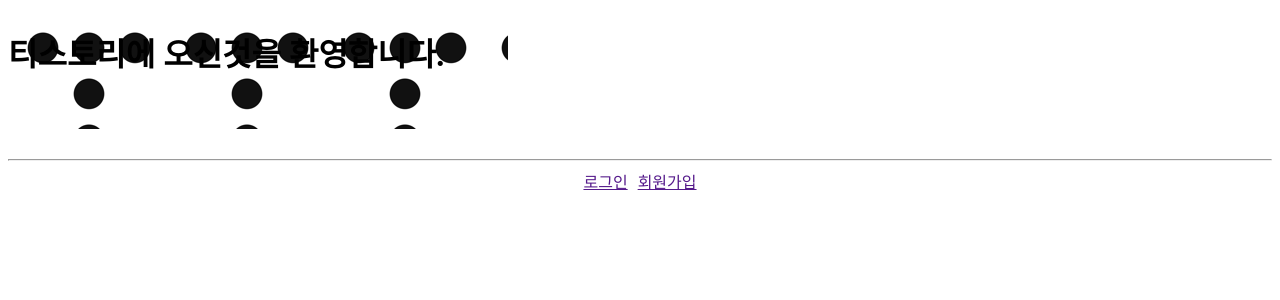
Repository: WonmoLee/blog-3.0v
Page: http://localhost/blog/home.jsp
These files come from the project's save history. The page is drawn as it stood at one moment and after the next save; the edit follows.
The browser window is 1280 px wide. The pictures show the whole page.
The page is served by Tomcat 9. Other server files are loaded and not shown.

Above is the page before, as saved 2020-06-18 08:40:16.

### blog/WebContent/home.jsp
<%@ page language="java" contentType="text/html; charset=UTF-8"
    pageEncoding="UTF-8"%>
<!DOCTYPE html>
<html>
<head>
<meta charset="UTF-8">
<title>Tistory</title>
<link rel="stylesheet" href="/blog/static/css/style.css" />
</head>
<body>
<header>
<!-- 	<img style="width: 130px; height: 100px;" alt="tistory logo" src="static/img/tistoryLogo.png" align="left"> -->
	<h1 id="logo">티스토리에 오신것을 환영합니다.</h1>
</header>
<hr/>
<nav>
	<a href="">로그인</a>
	<a href="">회원가입</a>
</nav>
</body>
</html>

### blog/WebContent/static/css/style.css
header {
	display: grid;
/* 	justify-content: center; */
/* 	background-color: #e1dddb; */
}

nav {
	display: grid;
	grid-template-columns: auto auto;
	grid-gap: 10px;
	justify-content: center;
}

section {
	display: grid;
	justify-content: center;
	margin: 20px;
}

footer {
	display: grid;
	justify-content: center;
	background-color: #e1dddb;
}

#logo {
	background: url('/static/img/tistoryLogo.png');
	width: 500px;
	height: 100px;
}

After the next save:
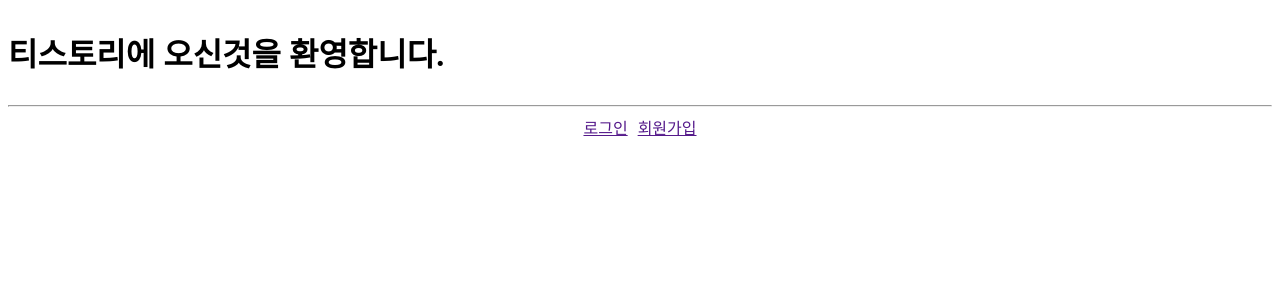
Saved 2 min 3 s later.
--- a/blog/WebContent/static/css/style.css
+++ b/blog/WebContent/static/css/style.css
@@ -22,9 +22,3 @@
 	justify-content: center;
 	background-color: #e1dddb;
 }
-
-#logo {
-	background: url('/static/img/tistoryLogo.png');
-	width: 500px;
-	height: 100px;
-}
